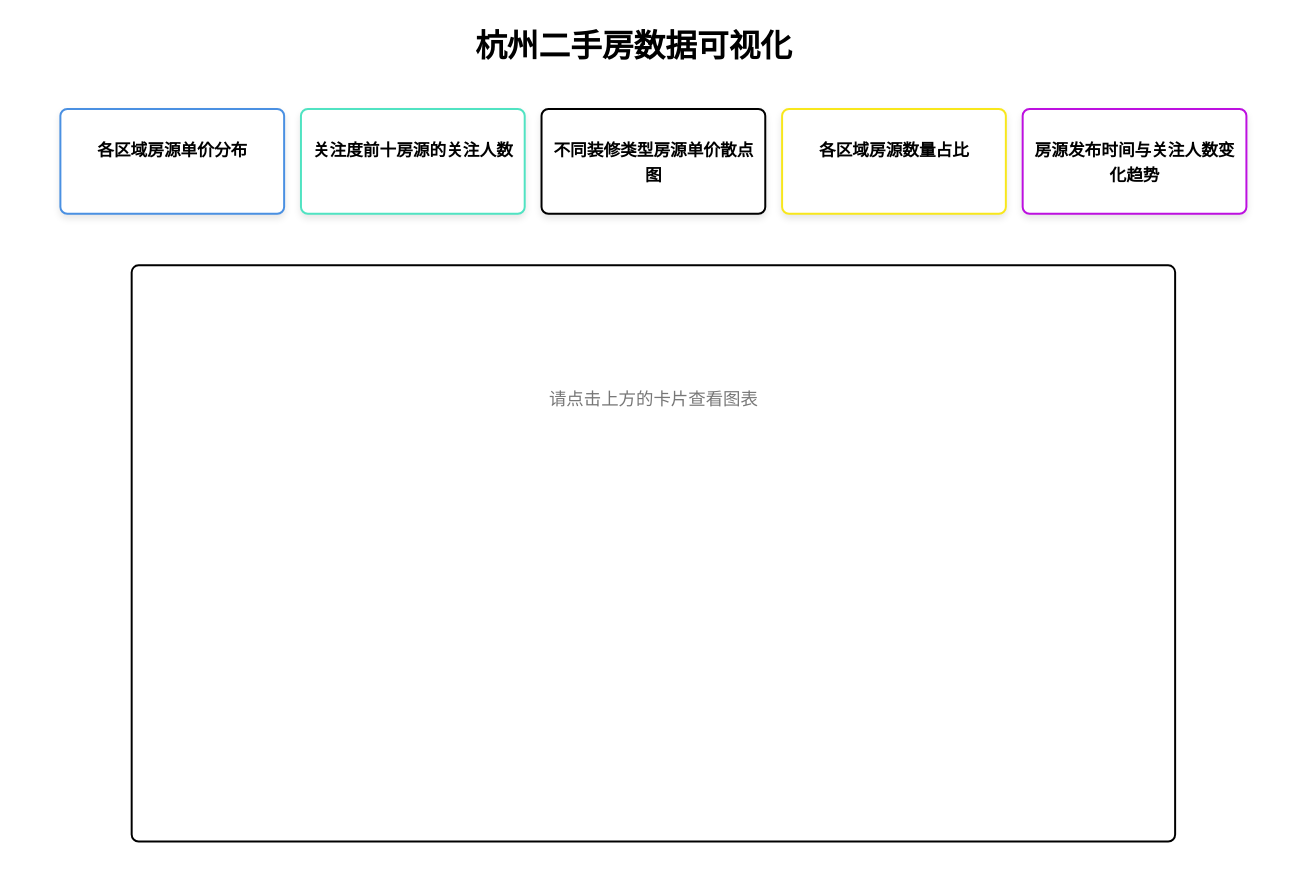
Repository: sakimi-9/DPV-SHP_HangZhou
Page: / (app in rendering/)
An editor plug-in stored every save of this project. The page is shown before and after the next save, followed by the edit.
The browser window is 1280 px wide. The page is 1312 px wide, so the pictures cover 1312 px, including what lies to the right of the window. The pictures show the whole page, at 99% of full size.
The project was rebuilt for these pictures with package versions that can differ from the ones it lists, and the page was loaded fresh each time. Also part of the build but not shown: rendering/vite.config.ts.

Above is the page before, as saved 2025-05-29 12:10:16.

### rendering/index.html
<!DOCTYPE html>
<html lang="en">

<head>
    <meta charset="UTF-8">
    <link rel="icon" href="/favicon.ico">
    <meta name="viewport" content="width=device-width, initial-scale=1.0">
    <title>二手房数据可视化</title>
</head>

<body>
    <div id="app"></div>
    <script type="module" src="/src/main.ts"></script>
</body>

</html>

### rendering/src/App.vue
<template>
  <div>
    <h1 style="text-align: center;">杭州二手房数据可视化</h1>

    <!-- 模式切换 UI -->


    <!-- 2D 图表区域 -->
    <HouseCharts v-if="currentMode === '2D'" :house-data="houseData" />

  </div>
</template>

<script setup lang="ts">
import { ref, onMounted } from 'vue';

// 导入新组件
import HouseCharts from './components/HouseCharts.vue';

// 导入数据解析器
import { ParsedHouse, parseHouseData } from '../util/dataParser';

// Define a ref to store the parsed data
const houseData = ref<ParsedHouse[] | null>(null);

// 定义当前模式状态
const currentMode = ref<'2D'>('2D'); // Only 2D mode is available now

// 定义控制数据分析部分显示的状态变量
const showAnalysis = ref(false);

// 切换数据分析部分显示状态的函数
const toggleAnalysis = () => {
  showAnalysis.value = !showAnalysis.value;
};

// 数据加载逻辑 (修改：先加载经纬度，再加载房源数据)
onMounted(async () => {
  try {
    const response = await fetch('/house_data.json');
    if (!response.ok) {
      throw new Error(`HTTP error! status: ${response.status}`);
    }
    const rawHouseData = await response.json();
    // 解析房源数据时传入经纬度 Map
    houseData.value = parseHouseData(rawHouseData);

    console.log('解析后的数据并存储:', houseData.value);

  } catch (error) {
    console.error('Error loading or processing data:', error);
  }
});

// 显式导出响应式变量 (可能有助于类型检查)
// export { houseData, currentMode };

</script>

<style scoped>
/* Add any specific styles for the 3D visualization container if needed */
/* Only retain App.vue's own styles */
/* HouseCharts.vue */
.chart-display-area>div[ref] {
  width: 100%;
  height: 600px;
  /* Fixed height for the chart */
}

/* HouseCharts.vue */
.chart-display-area {
  /* ... existing styles ... */
  min-height: 850px;
  /* Ensure a minimum height for the box, adjust based on chart height */
}

.chart-display-area>div[ref] {
  width: 100%;
  height: 800px;
  /* Adjusted height */
}

div {
  margin-bottom: 20px;
}

button {
  margin-right: 10px;
}

/* Add styles for the data analysis container */
.data-analysis-container {
  border: 1px solid #ccc;
  /* Add a border */
  padding: 20px;
  /* Add padding inside the box */
  margin-top: 20px;
  /* Add some space above the box */
  background-color: #f9f9f9;
  /* Add a light background color */
  border-radius: 8px;
  /* Rounded corners */
}

.data-analysis-container h2,
.data-analysis-container h3 {
  text-align: center;
  /* Center the titles within the box */
  color: #333;
  /* Darker color for titles */
  margin-bottom: 15px;
  /* Add space below titles */
}

.data-analysis-container h4 {
  margin-top: 15px;
  /* Space above h4 */
  margin-bottom: 10px;
  /* Space below h4 */
  color: #555;
  /* Slightly lighter color for h4 */
}

.data-analysis-container p {
  line-height: 1.6;
  /* Improve readability with more line spacing */
  color: #555;
  /* Slightly lighter color for text */
  margin-bottom: 10px;
  /* Adjust space between paragraphs */
}

.data-analysis-container ul {
  margin-bottom: 15px;
  /* Space below lists */
  padding-left: 20px;
  /* Indent list items */
}

.data-analysis-container ul li {
  margin-bottom: 5px;
  /* Space between list items */
  line-height: 1.5;
  /* Line spacing for list items */
  color: #555;
}


.data-analysis-container p strong {
  color: #000;
  /* Make strong text black */
}

/* Remove styles migrated to TwoDCharts.vue */
/* Keep only App.vue specific styles */

/* Example styles for layout if needed, adjust based on your structure */
/*
.container {
    max-width: 960px;
    margin: 0 auto;
    padding: 20px;
}
*/

/* Add styles for the analysis button */
.analysis-button {
  position: fixed;
  /* Fixed position relative to the viewport */
  bottom: 20px;
  /* 20px from the bottom */
  right: 20px;
  /* 20px from the right */
  z-index: 1000;
  /* Ensure it's above other content */
  padding: 10px 20px;
  font-size: 16px;
  background-color: #007bff;
  color: white;
  border: none;
  border-radius: 5px;
  cursor: pointer;
  box-shadow: 0 2px 5px rgba(0, 0, 0, 0.2);
}

.analysis-button:hover {
  background-color: #0056b3;
}
</style>

### rendering/src/components/HouseCharts.vue
<template>
    <div class="charts-container">
        <!-- Main Title - Centered in App.vue -->

        <!-- Chart Cards Grid -->
        <div class="charts-grid">
            <div v-for="(chart, index) in charts" :key="index" class="chart-card"
                :style="{ 'border-color': getCardColor(index) }" @click="selectChart(index)">
                <h3>{{ chart.title }}</h3>
            </div>
        </div>

        <!-- Chart Display Area (Black Box) -->
        <div class="chart-display-area">
            <div v-if="selectedChartIndex !== null && currentChart" class="selected-chart-content">
                <h3>{{ currentChart.title }}</h3>
                <!-- Chart rendering area - always in DOM, content controlled by JS -->
                <div ref="selectedChartDisplayRef" style="width: 100%; height: 70vh;"></div>
            </div>
            <div v-else class="placeholder-message">
                <p>请点击上方的卡片查看图表</p>
            </div>
        </div>

    </div>
</template>

<script setup lang="ts">
import { ref, onMounted, watch, computed, nextTick } from 'vue';
import * as echarts from 'echarts/core';
// Import the necessary components and charts
import { BarChart, PieChart, ScatterChart, BoxplotChart, LineChart } from 'echarts/charts';
import { GridComponent, TooltipComponent, LegendComponent, TitleComponent } from 'echarts/components';
import { CanvasRenderer } from 'echarts/renderers';

// Import data parsing functions
import {
    getAreaPriceBoxPlotData,
    getTop10FollowedHousesData,
    getRenovationPriceScatterData,
    getAreaHouseCountPieData,
    getPublishTimeFollowersTrendData
} from '../../util/chartDataParser';

echarts.use([
    BarChart,
    PieChart,
    ScatterChart,
    BoxplotChart,
    LineChart,
    GridComponent,
    TooltipComponent,
    LegendComponent,
    TitleComponent,
    CanvasRenderer,
]);

// 定义解析后的房源数据接口 (Copy from dataParser.ts for self-containment)
interface ParsedHouse {
    房源标题: string;
    室: number | null;
    厅: number | null;
    面积: number | null; // 平米
    朝向: string | null;
    装修: string | null;
    楼层信息: string | null; // 例如 "中楼层"
    总楼层: number | null;
    建筑年份: number | null; // 例如 2012
    建筑类型: string | null; // 例如 "板塔结合"
    小区名称: string | null;
    所在区域: string | null; // 例如 "临河里"
    单价: number | null; // 元/平
    关注人数: number | null;
    发布时间: string | null; // 例如 "2个月以前发布"
    标签: string[];
}

// 定义接收的 props
const props = defineProps<{ houseData: ParsedHouse[] | null }>();

// Define ref for the selected chart display area
const selectedChartDisplayRef = ref<HTMLElement | null>(null);

// Define the current chart index
const selectedChartIndex = ref<number | null>(null);

// Computed property for the current chart information
const currentChart = computed(() => {
    if (selectedChartIndex.value === null) return null;
    return charts[selectedChartIndex.value];
});

// Function to select a chart
const selectChart = (index: number) => {
    selectedChartIndex.value = index;
    console.log("Selected chart index:", selectedChartIndex.value);
};

// Function to dispose of a chart instance
const disposeChart = (chartElement: HTMLElement) => {
    const chartInstance = echarts.getInstanceByDom(chartElement);
    if (chartInstance) {
        chartInstance.dispose();
    }
};

// Function to render the selected chart
const renderSelectedChart = (
    chartInfo: { title: string, render: (element: HTMLElement, data: ParsedHouse[]) => void } | null,
    data: ParsedHouse[] | null
) => {
    // Dispose of any previously rendered chart in the display area
    if (selectedChartDisplayRef.value) {
        console.log("Disposing previous chart.");

        disposeChart(selectedChartDisplayRef.value);
        selectedChartDisplayRef.value.innerHTML = ''; // Clear previous chart content
    }

    if (!chartInfo || selectedChartIndex.value === null || !data || data.length === 0) {
        console.warn("No chart selected, no data, or chart info not ready.");
        // The placeholder is now controlled by v-else in the template
        console.log("Render conditions not met.", "Index:", selectedChartIndex.value, "Data present:", !!data, "Data length:", data ? data.length : 0);
        return;
    }

    const chartElement = selectedChartDisplayRef.value; // Get the display area element

    if (!chartElement) {
        console.warn("Chart display element is not available.");
        console.log("Render conditions not met.", "Index:", selectedChartIndex.value, "Data present:", !!props.houseData, "Data length:", props.houseData ? props.houseData.length : 0, "Element available:", !!chartElement);

        return; // Exit if the element is null
    }

    // Directly get chart info based on selected index
    if (chartElement && chartInfo) {
        // Render the current chart
        console.log(`Attempting to render chart: ${chartInfo.title}`);
        try {
            chartInfo.render(chartElement, data); // Pass the display area element to the render function
            console.log(`Successfully called render function for: ${chartInfo.title}`);
        } catch (error) {
            console.error(`Error rendering chart ${chartInfo.title}:`, error);
            chartElement.innerHTML = '<p>图表加载失败</p>';
            console.log(`Caught error during render for: ${chartInfo.title}`);
        }
    }
};

// Watch for changes in houseData or selectedChartIndex to determine if a chart *should* be rendered
watch([() => props.houseData, selectedChartIndex], async ([newData, newIndex]) => {
    // If conditions are met (data and index valid), render the chart.
    // Note: We don't await nextTick here directly for ref availability.
    // The rendering will happen when selectedChartDisplayRef becomes available.
    if (newIndex !== null && newData && newData.length > 0) {
        console.log("Data and Index valid, waiting for nextTick...");
        await nextTick(); // Wait for DOM updates

        const chartElement = selectedChartDisplayRef.value;
        if (chartElement) {
            console.log("Ref element available, attempting to render chart.", "Index:", newIndex);
            // Get the chart info directly from the charts array based on the index
            const chartInfo = charts[newIndex];
            if (chartInfo) {
                renderSelectedChart(chartInfo, newData);
            } else {
                console.error("Chart info not found for index:", newIndex);
            }
        } else {
            console.warn("Ref element not available after nextTick.");
        }
    } else {
        // If conditions are not met, dispose the current chart if it exists
        if (selectedChartDisplayRef.value) {
            console.log("Conditions not met, disposing chart.");
            disposeChart(selectedChartDisplayRef.value);
            selectedChartDisplayRef.value.innerHTML = '';
        }
    }
}, { immediate: true }); // Ensure initial check

// Function to get a color for the card based on index
const getCardColor = (index: number) => {
    const colors = ['#4A90E2', '#50E3C2', 'F5A623', '#F8E71C', '#BD10E0']; // Example colors - removed duplicate definition
    return colors[index % colors.length];
};

// --- Chart Render Functions ---

// 1. 各区域房源单价分布对比箱线图
function renderAreaPriceBoxPlot(chartElement: HTMLElement, data: ParsedHouse[]) {
    const chartData = getAreaPriceBoxPlotData(data);

    if (chartData.length === 0) {
        echarts.dispose(chartElement);
        chartElement.innerHTML = '<p>暂无区域单价分布数据</p>';
        return;
    }

    const areas = chartData.map(item => item.area);
    const prices = chartData.map(item => item.prices);

    const myChart = echarts.init(chartElement);
    console.log("ECharts instance initialized for:", "各区域房源单价分布");
    const option = {
        title: {
            text: '各区域房源单价分布',
            left: 'center'
        },
        tooltip: {
            trigger: 'item',
            axisPointer: { type: 'shadow' }
        },
        xAxis: {
            type: 'category',
            data: areas,
            boundaryGap: true,
            nameMap: areas,
            axisLabel: {
                interval: 0,
                rotate: 30,
                overflow: 'breakAll',
                ellipsis: '...'
            }
        },
        yAxis: {
            type: 'value',
            name: '单价 (元/平)'
        },
        series: [
            {
                name: '单价分布',
                type: 'boxplot',
                data: prices,
                tooltip: {
                    formatter: function (param: any) { // Keep any type for simplicity
                        if (param.data) {
                            return [
                                `区域: ${param.name}<br/>`,
                                `最大值: ${param.data[5].toFixed(2)}<br/>`,
                                `第三四分位数: ${param.data[4].toFixed(2)}<br/>`,
                                `中位数: ${param.data[3].toFixed(2)}<br/>`,
                                `第一四分位数: ${param.data[2].toFixed(2)}<br/>`,
                                `最小值: ${param.data[1].toFixed(2)}`
                            ].join('');
                        }
                        return '';
                    }
                }
            }
        ]
    };
    console.log("Setting option for:", "各区域房源单价分布", option);
    myChart.setOption(option);
}

// 2. 关注度前十房源的关注人数柱状图
function renderTop10FollowersBar(chartElement: HTMLElement, data: ParsedHouse[]) {
    const chartData = getTop10FollowedHousesData(data);

    if (chartData.length === 0) {
        echarts.dispose(chartElement);
        chartElement.innerHTML = '<p>暂无关注度前十房源数据</p>';
        return;
    }

    const titles = chartData.map(item => item.title);
    const followers = chartData.map(item => item.followers);

    const myChart = echarts.init(chartElement);
    console.log("ECharts instance initialized for:", "关注度前十房源的关注人数");
    const option = {
        title: {
            text: '关注度前十房源的关注人数',
            left: 'center'
        },
        tooltip: {},
        xAxis: {
            type: 'category',
            data: titles,
            axisLabel: {
                interval: 0,
                rotate: 30,
                overflow: 'breakAll',
                ellipsis: '...'
            }
        },
        yAxis: {
            type: 'value',
            name: '关注人数'
        },
        series: [
            {
                name: '关注人数',
                type: 'bar',
                data: followers
            }
        ]
    };
    console.log("Setting option for:", "关注度前十房源的关注人数", option);
    myChart.setOption(option);
}

// 3. 不同装修类型房源单价散点图
function renderRenovationPriceScatter(chartElement: HTMLElement, data: ParsedHouse[]) {
    const chartData = getRenovationPriceScatterData(data);

    if (chartData.length === 0) {
        echarts.dispose(chartElement);
        chartElement.innerHTML = '<p>暂无装修类型与单价数据</p>';
        return;
    }

    const scatterData = chartData.map((item: { renovation: string, price: number }) => [item.price, item.renovation]); // Explicitly type item

    // Get unique renovation types for y-axis categories
    const renovationTypes = Array.from(new Set(chartData.map((item: { renovation: string, price: number }) => item.renovation))) as string[]; // Explicitly type item and result

    const myChart = echarts.init(chartElement);
    console.log("ECharts instance initialized for:", "不同装修类型房源单价散点图");
    const option = {
        title: {
            text: '不同装修类型房源单价散点图',
            left: 'center'
        },
        tooltip: {
            trigger: 'axis',
            axisPointer: { type: 'shadow' },
            formatter: function (params: any) { // Keep any type for simplicity
                const item = params[0];
                return `装修: ${item.value[1]}<br/>单价: ${item.value[0].toFixed(2)} 元/平`;
            }
        },
        xAxis: {
            type: 'value',
            name: '单价 (元/平)'
        },
        yAxis: {
            type: 'category',
            data: renovationTypes,
            name: '装修类型'
        },
        series: [
            {
                name: '房源',
                type: 'scatter',
                data: scatterData
            }
        ]
    };
    console.log("Setting option for:", "不同装修类型房源单价散点图", option);
    myChart.setOption(option);
}

// 4. 各区域房源数量占比饼图
function renderAreaCountPie(chartElement: HTMLElement, data: ParsedHouse[]) {
    const chartData = getAreaHouseCountPieData(data);

    if (chartData.length === 0) {
        echarts.dispose(chartElement);
        chartElement.innerHTML = '<p>暂无区域房源数量数据</p>';
        return;
    }

    const pieData = chartData.map((item: { area: string, count: number }) => ({
        name: item.area,
        value: item.count
    })); // Explicitly type item

    const myChart = echarts.init(chartElement);
    console.log("ECharts instance initialized for:", "各区域房源数量占比");
    const option = {
        title: {
            text: '各区域房源数量占比',
            left: 'center'
        },
        tooltip: {
            trigger: 'item',
            formatter: '{a} <br/>{b}: {c} ({d}%)'
        },
        legend: {
            orient: 'vertical',
            left: 'left',
            data: chartData.map((item: { area: string, count: number }) => item.area) // Explicitly type item
        },
        series: [
            {
                name: '房源数量',
                type: 'pie',
                radius: '50%',
                data: pieData,
                emphasis: {
                    itemStyle: {
                        shadowBlur: 10,
                        shadowOffsetX: 0,
                        shadowColor: 'rgba(0, 0, 0, 0.5)'
                    }
                }
            }
        ]
    };
    console.log("Setting option for:", "各区域房源数量占比", option);
    myChart.setOption(option);
}

// 5. 房源发布时间与关注人数变化趋势折线图
function renderPublishTimeFollowersLine(chartElement: HTMLElement, data: ParsedHouse[]) {
    const chartData = getPublishTimeFollowersTrendData(data);

    if (chartData.length === 0) {
        echarts.dispose(chartElement);
        chartElement.innerHTML = '<p>暂无发布时间与关注人数趋势数据</p>';
        return;
    }

    const times = chartData.map((item: { time: string, totalFollowers: number }) => item.time); // Explicitly type item
    const totalFollowers = chartData.map((item: { time: string, totalFollowers: number }) => item.totalFollowers); // Explicitly type item

    const myChart = echarts.init(chartElement);
    console.log("ECharts instance initialized for:", "房源发布时间与关注人数变化趋势");
    const option = {
        title: {
            text: '房源发布时间与关注人数变化趋势',
            left: 'center'
        },
        tooltip: {
            trigger: 'axis'
        },
        xAxis: {
            type: 'category',
            data: times,
            axisLabel: {
                interval: 0,
                rotate: 30,
                overflow: 'breakAll',
                ellipsis: '...'
            }
        },
        yAxis: {
            type: 'value',
            name: '总关注人数'
        },
        series: [
            {
                name: '总关注人数',
                type: 'line',
                data: totalFollowers
            }
        ]
    };
    console.log("Setting option for:", "房源发布时间与关注人数变化趋势", option);
    myChart.setOption(option);
}

// Define the list of charts with their titles and render functions
const charts = [
    { title: '各区域房源单价分布', render: renderAreaPriceBoxPlot },
    { title: '关注度前十房源的关注人数', render: renderTop10FollowersBar },
    { title: '不同装修类型房源单价散点图', render: renderRenovationPriceScatter },
    { title: '各区域房源数量占比', render: renderAreaCountPie },
    { title: '房源发布时间与关注人数变化趋势', render: renderPublishTimeFollowersLine },
];

// Initial render logic (optional, handled by watch with immediate: true)
/*
onMounted(() => {
    renderSelectedChart(props.houseData);
});
*/

</script>

<style scoped>
.charts-container {
    display: flex;
    flex-direction: column;
    gap: 30px;
    /* Increased gap */
    align-items: center;
    margin-top: 20px;
    /* Adjusted top margin */
    padding: 20px;
    width: 100%;
    /* Ensure container takes full width */
}

.charts-grid {
    display: grid;
    grid-template-columns: repeat(5, 1fr);
    /* Changed to 5 equal columns */
    gap: 15px;
    /* Reduced gap to make cards smaller */
    width: 100%;
    max-width: 1200px;
    /* Keep max width */
    justify-content: center;
}

.chart-card {
    background-color: #fff;
    border: 2px solid;
    /* Use border-color from style binding */
    border-radius: 8px;
    padding: 10px;
    /* Reduced padding */
    text-align: center;
    cursor: pointer;
    box-shadow: 0 4px 8px rgba(0, 0, 0, 0.1);
    transition: transform 0.3s ease, box-shadow 0.3s ease;
    font-size: 0.9em;
    /* Slightly reduced font size */
}

.chart-card:hover {
    transform: translateY(-5px);
    box-shadow: 0 6px 12px rgba(0, 0, 0, 0.15);
}

/* --- 图表显示区域容器样式 (黑色边框区域) --- */
.chart-display-area {
    margin-top: 20px;
    /* Space above the display area */
    border: 2px solid black;
    /* Black border */
    border-radius: 8px;
    padding: 20px;
    width: 80%;
    flex-direction: column;
    align-items: center;
    min-height: 75vh;
    /* Ensure a minimum height for the box, adjusted for larger chart */
    /* Ensure a minimum height for the box */
}

.chart-display-area h3 {
    margin-top: 0;
    margin-bottom: 10px;
}

/* --- ECharts 图表实际渲染区域样式 (div[ref=selectedChartDisplayRef]) --- */
/* 调整这里的 width 和 height 可以直接改变图表的大小 */
.chart-display-area>div[ref] {
    width: 100%;
    height: 60vh;
    /* 例如，占视口高度的 70% */
}

.placeholder-message {
    text-align: center;
    color: #777;
    font-size: 1.1em;
    margin-top: 100px;
    /* Center message vertically */
}

/* Removed carousel related styles */
</style>

Loaded but not shown: rendering/src/main.ts (common file); rendering/public/house_data.json (1034 lines, source omitted); rendering/util/dataParser.ts (112 lines, source omitted); rendering/util/chartDataParser.ts (107 lines, source omitted)

After the next save:
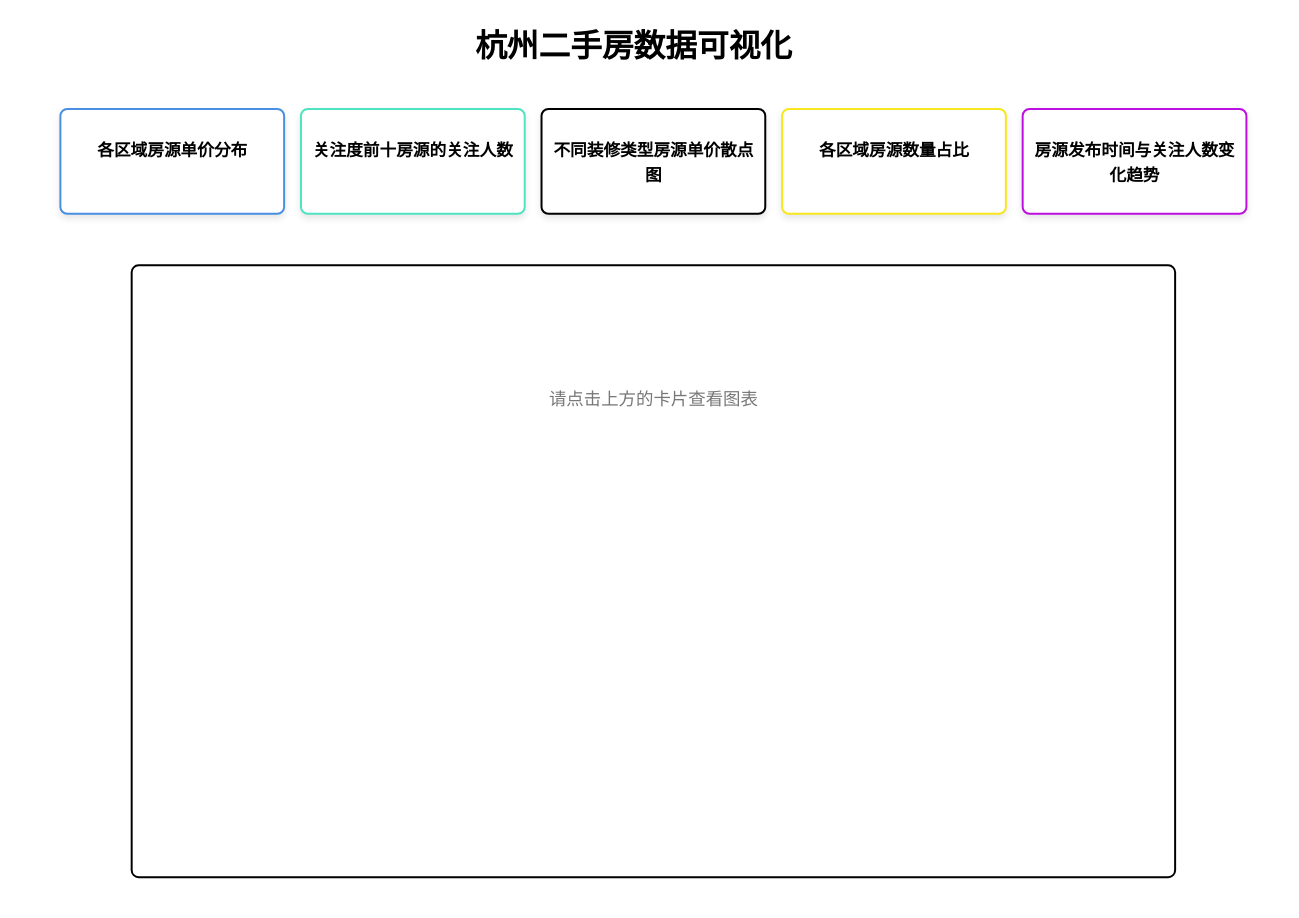
Saved 17 s later.
--- a/rendering/src/components/HouseCharts.vue
+++ b/rendering/src/components/HouseCharts.vue
@@ -528,7 +528,7 @@ onMounted(() => {
     width: 80%;
     flex-direction: column;
     align-items: center;
-    min-height: 75vh;
+    min-height: 80vh;
     /* Ensure a minimum height for the box, adjusted for larger chart */
     /* Ensure a minimum height for the box */
 }
